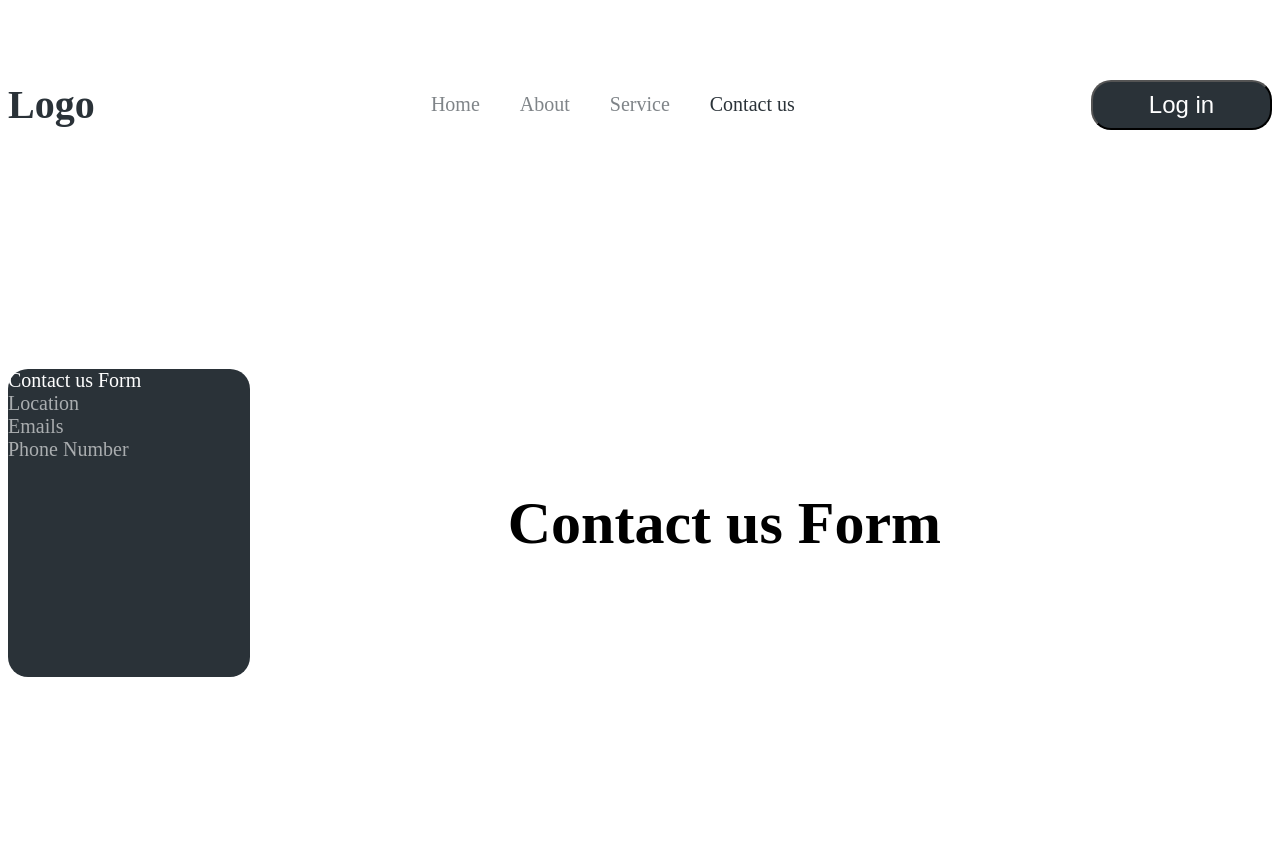
Repository: rehamtaher10/thirdReactTask
Page: /contact
An editor plug-in stored every save of this project. The page is shown before and after a run of saves, followed by the edit.
The browser window is 1280 px wide. The pictures show the whole page.
The project was rebuilt for these pictures with package versions that can differ from the ones it lists, and the page was loaded fresh each time. Also part of the build but not shown: vite.config.js, src/components/HomePage/Home.jsx, src/components/AboutPage/About.jsx, src/components/ServicePage/Service.jsx.

Above is the page before, as saved 2024-11-27 23:14:53.

### src/App.jsx
import React from "react";
import Home from "./components/HomePage/Home";
import { createBrowserRouter, RouterProvider } from "react-router-dom";
import Layout from "./components/Layout/Layout";
import About from "./components/AboutPage/About";
import ContactUs from "./components/ContactUsPage/ContactUs";
import Service from "./components/ServicePage/Service";

export default function App() {
  const Routing = createBrowserRouter([
    {
      path: "",
      element: <Layout />,
      // errorElement: <h1>404 Not Found</h1>,
      children: [
        { path: "", element: <Home /> },
        { path: "about", element: <About /> },
        { path: "service", element: <Service /> },
        {
          path: "contact",
          element: <ContactUs />,
          children: [
            { index: true, element: <h1>Contact us Form</h1> },
            { path: "location", element: <h1>Contact us Location</h1> },
            { path: "emails", element: <h1>Contact us Emails</h1> },
            { path: "phone-number", element: <h1>Phone Number</h1> },
          ],
        },
        { path: "*", element: <section>Not Found Page</section> },
      ],
    },
  ]);
  return <RouterProvider router={Routing} />;
}

### src/components/Layout/Layout.jsx
import React from 'react'
import Navbar from '../Navbar.jsx'
import { Outlet } from 'react-router-dom';

export default function Layout() {
  return (
    <>
         <Navbar />
         <Outlet/>
    </>
  );
}

### src/components/ContactUsPage/ContactUs.jsx
import React from "react";
import { Outlet, NavLink } from "react-router-dom";
import "../../style/contactUs.css";

export default function ContactUs() {
  return (
    <div className="contactUs">

      <div className="contact_links">

        <NavLink to={""} end>Contact us Form</NavLink>
        <NavLink to={"location"}>Location</NavLink>
        <NavLink to={"emails"}>Emails</NavLink>
        <NavLink to={"phone-number"}>Phone Number</NavLink>
      </div>

      <div className="contact_content">
        <Outlet />
      </div>
    </div>
  );
}

### src/components/Navbar.jsx
import React from 'react'
import "../style/navBar.css";
import { Link, NavLink } from "react-router-dom";

export default function Navbar() {
  return (
    <>
    <nav className="navbar">
            <h1>Logo</h1>
            <div className="navbar_menu">
                <ul>
                    <NavLink  to={"/"}>Home</NavLink>
                    <NavLink  to={"/about"}>About</NavLink>
                    <NavLink  to={"/service"}>Service</NavLink>
                    <NavLink  to={"/contact"}>Contact us</NavLink>
                </ul>
            </div>
            <button>Log in</button>
        </nav>
    </>
  )
}

### src/style/contactUs.css
.contactUs{
    display: flex;
    gap: 2rem;
    padding-block: 10rem;
}
.contact_content{
    width: 70%;
    display: flex;
    align-items: center;
    justify-content: center;
    font-size: 30px;
}
.contact_links{
    display: flex;
    flex-direction: column;
    background-color: #2A3238;
    width: 242px;
    height: 308px;
    border-radius: 20px;
    font-size: 20px;
}
.contact_links a {
    text-decoration: none;
    color: #FFFFFF99;
}
.contact_links a.active{
    color: #FFFFFF;
}

### src/style/navBar.css
.navbar{
    display: flex;
    align-items: center;
    justify-content: space-between;
    padding-block: 1em;
    background-color: transparent;
    margin-block: 2em;
}
.navbar h1{
    font-size: 40px;
    color: #2A3238;
}
.navbar_menu ul {
    display: flex;
    align-items: center;
    gap: 2em;
    font-size: 20px;
}
.navbar a {
    text-decoration: none;
    color: #2A323899;
}
 a.active{
    color: #2A3238;
}
.navbar button{
    background-color: #2A3238;
    color: white;
    width: 181px;
    height: 50px;
    border-radius: 20px;
    font-size: 24px;
}

Loaded but not shown: index.html (common file); src/main.jsx (common file)

After the next 2 saves:
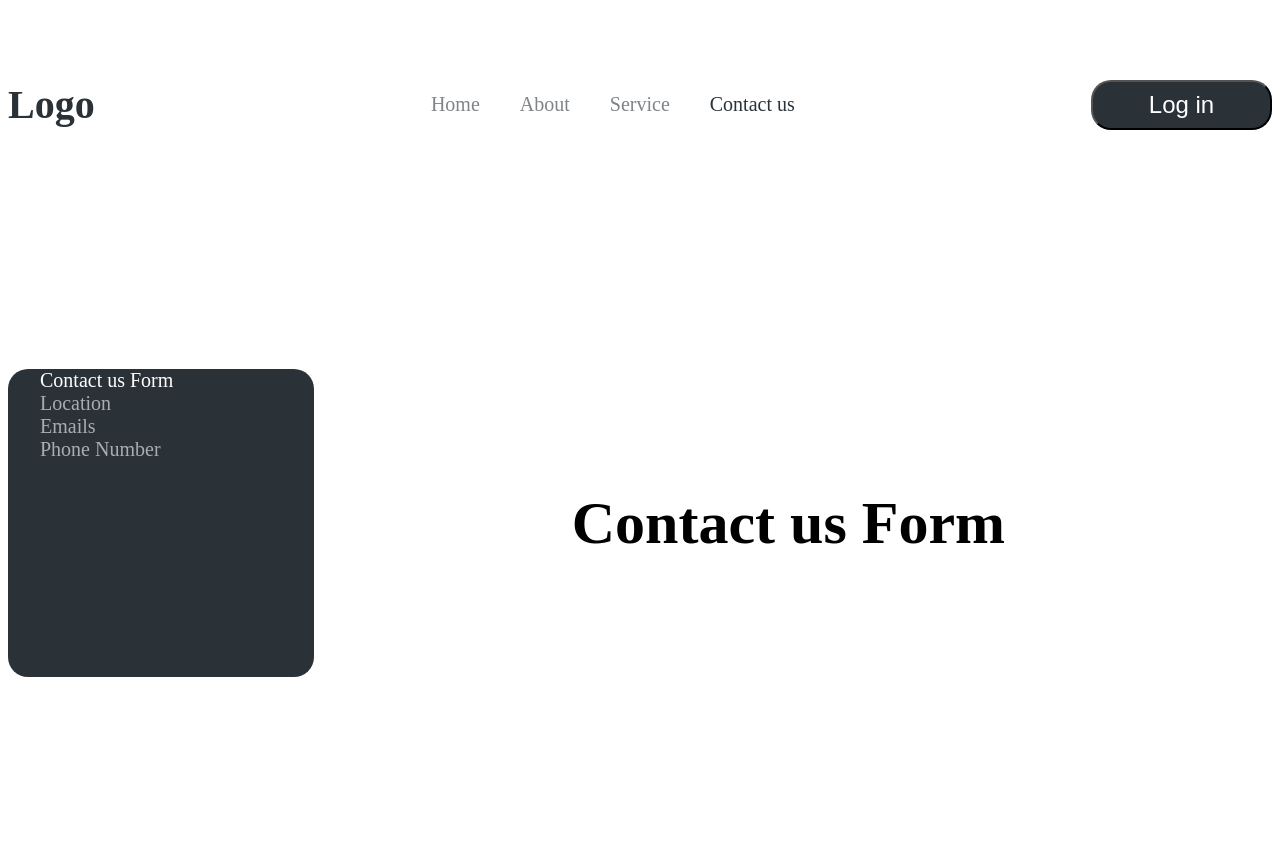
The 2 saves are shown as one change because they came seconds apart.
The last was saved 13 s later.
--- a/src/style/contactUs.css
+++ b/src/style/contactUs.css
@@ -18,6 +18,7 @@
     height: 308px;
     border-radius: 20px;
     font-size: 20px;
+    padding-inline: 2rem;
 }
 .contact_links a {
     text-decoration: none;
